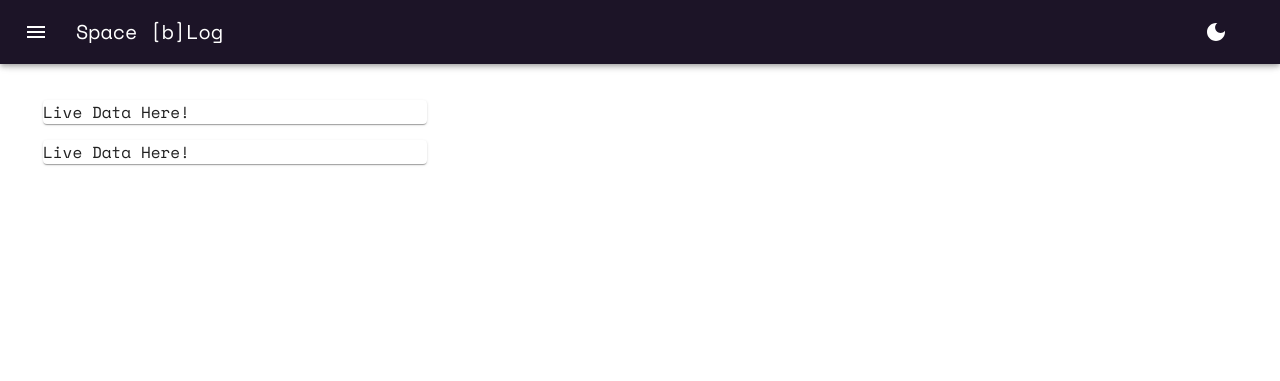
Repository: staswerno/space-blog
Page: /
These files come from the project's save history. The page is drawn as it stood at one moment and after the next save; the edit follows.
The browser window is 1280 px wide. The pictures show the whole page.
The page's requests for data from a server got no answer. The project was rebuilt for these pictures with package versions that can differ from the ones it lists, and the page was loaded fresh each time. No one was signed in, and anything a server would have sent is missing. Also part of the build but not shown: src/App.css, src/components/post.css, src/components/Post.js.

Above is the page before, as saved 2021-12-01 11:16:30.

After the next save:
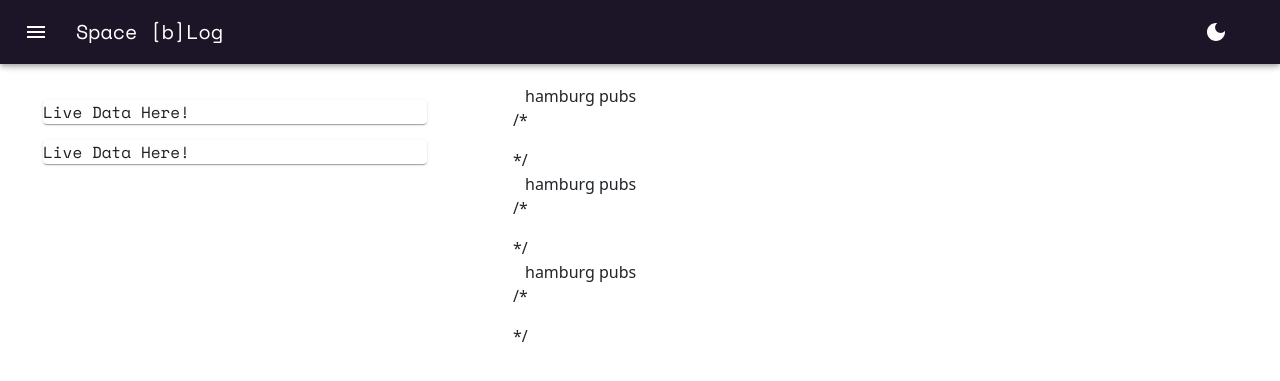
Saved 63 s later.
--- a/src/ContentfulData.js
+++ b/src/ContentfulData.js
@@ -24,6 +24,21 @@
   render() {
     return (
       <>
+        <div className="App">
+          <div className="container">
+            <header>
+              <div className="wrapper">
+                <span>hamburg pubs</span>
+              </div>
+            </header>
+            <main>
+              <div className="wrapper">
+                <Posts posts={this.state.articles} />
+              </div>
+            </main>
+          </div>
+        </div>
+        /*
         <Box m={2}>
           <Paper>
             <Typography className="container">
@@ -33,6 +48,7 @@
             </Typography>
           </Paper>
         </Box>
+        */
       </>
     );
   }

After the save that followed:
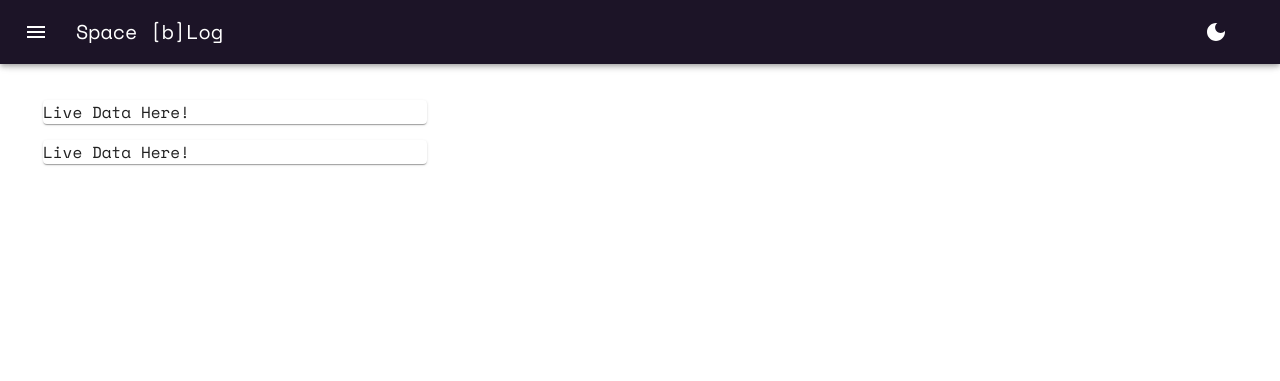
Saved 46 s later.
--- a/src/ContentfulData.js
+++ b/src/ContentfulData.js
@@ -24,21 +24,6 @@
   render() {
     return (
       <>
-        <div className="App">
-          <div className="container">
-            <header>
-              <div className="wrapper">
-                <span>hamburg pubs</span>
-              </div>
-            </header>
-            <main>
-              <div className="wrapper">
-                <Posts posts={this.state.articles} />
-              </div>
-            </main>
-          </div>
-        </div>
-        /*
         <Box m={2}>
           <Paper>
             <Typography className="container">
@@ -48,7 +33,6 @@
             </Typography>
           </Paper>
         </Box>
-        */
       </>
     );
   }
